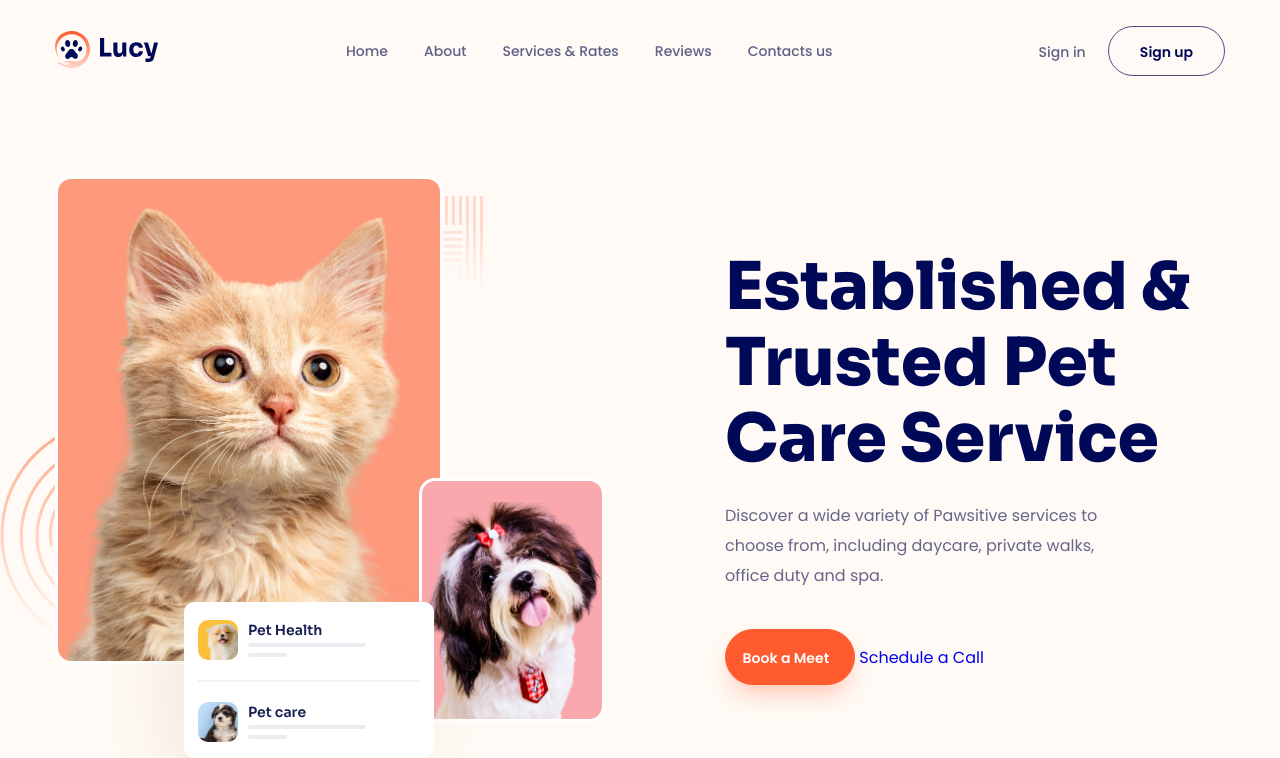
Repository: empty24062002/f8-project-05
Page: index.html
An editor plug-in stored every save of this project. The page is shown before and after the next save, followed by the edit.
The browser window is 1280 px wide. The pictures show the whole page.

Above is the page before, as saved 2023-09-09 18:21:44.

After the next save:
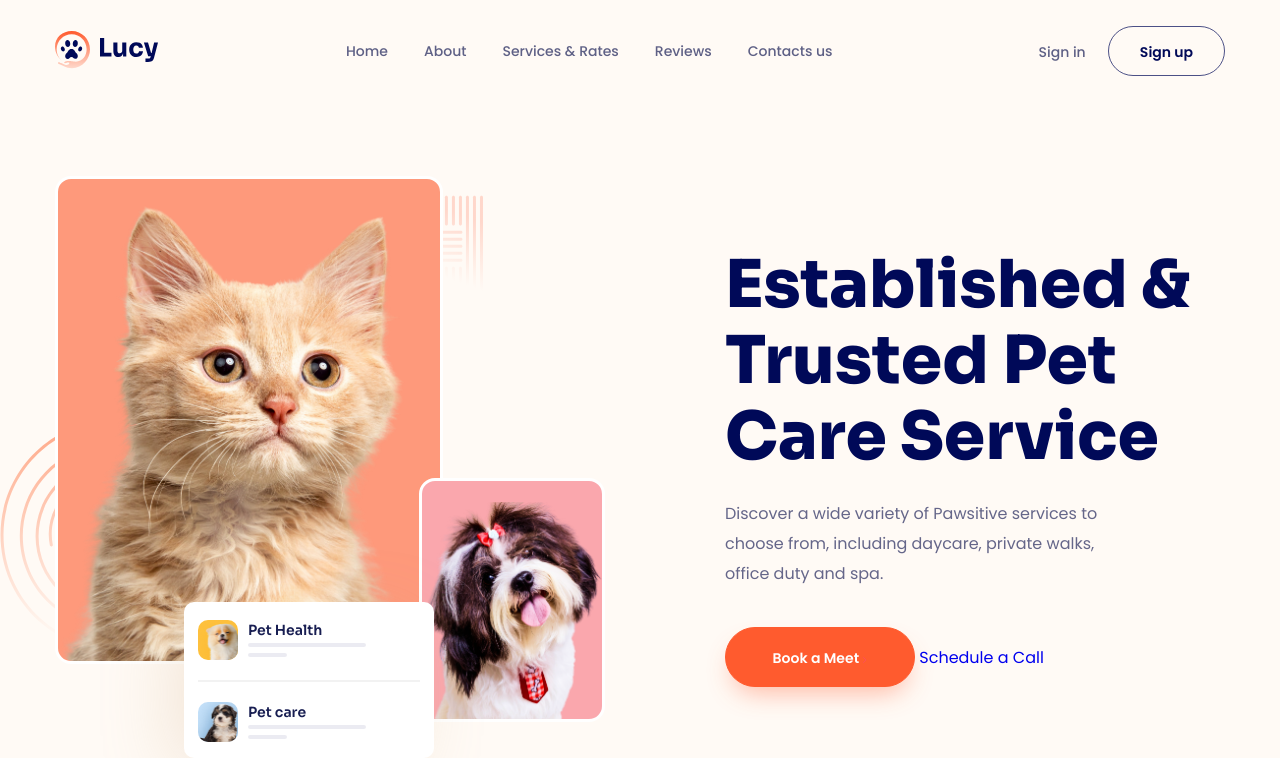
Saved 36 s later.
--- a/assets/css/styles.css
+++ b/assets/css/styles.css
@@ -244,5 +244,8 @@ a {
 }
 
 .hero__cta-btn {
+    --height: 60px;
+
+    min-width: 190px;
     box-shadow: 0px 13px 26px -8px rgba(255, 91, 46, 0.42);
 }
